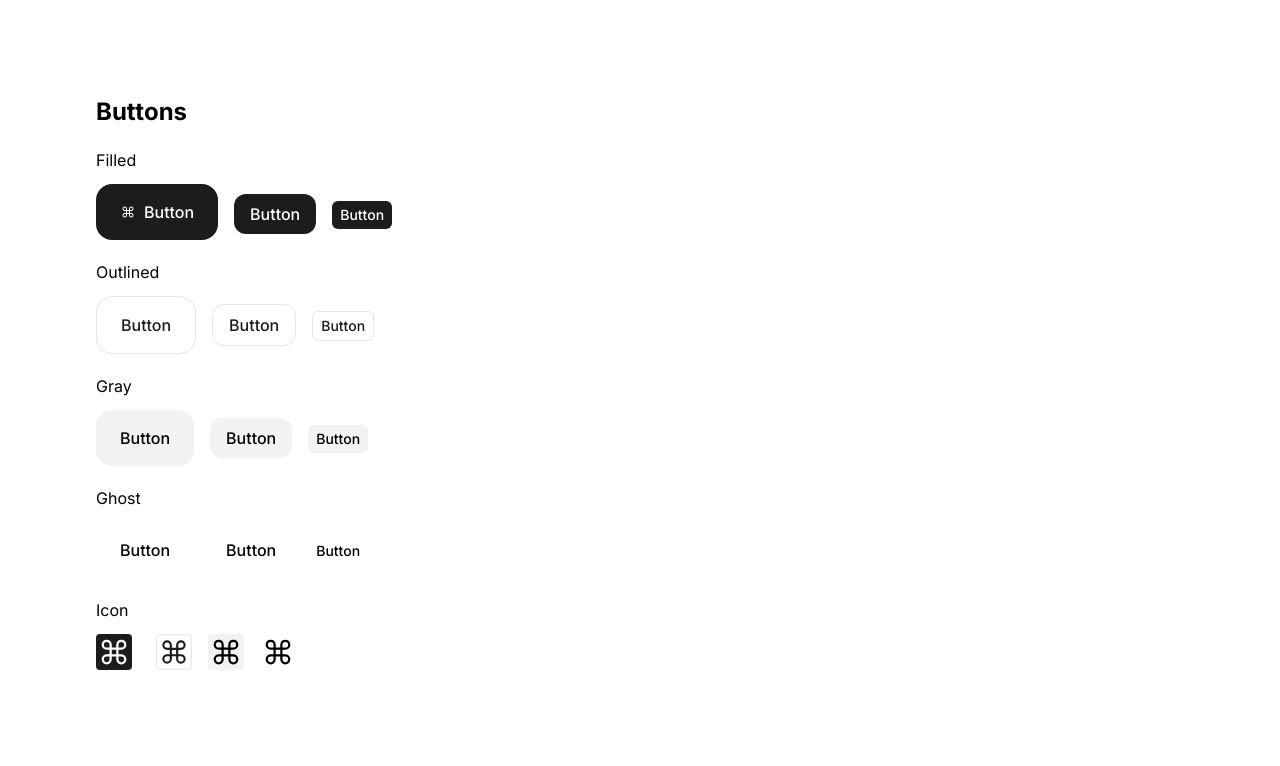
Repository: ggonzaga29/polarized-dashboard
Page: /
These files come from the project's save history. The page is drawn as it stood at one moment and after the next save; the edit follows.
The browser window is 1280 px wide. The pictures show the whole page.
The project was rebuilt for these pictures with package versions that can differ from the ones it lists, and the page was loaded fresh each time. The framework's server and built-in components were replaced by stand-ins that run in the browser. Also part of the build but not shown: next.config.js.

Above is the page before, as saved 2023-08-04 00:54:19.

After the next save:
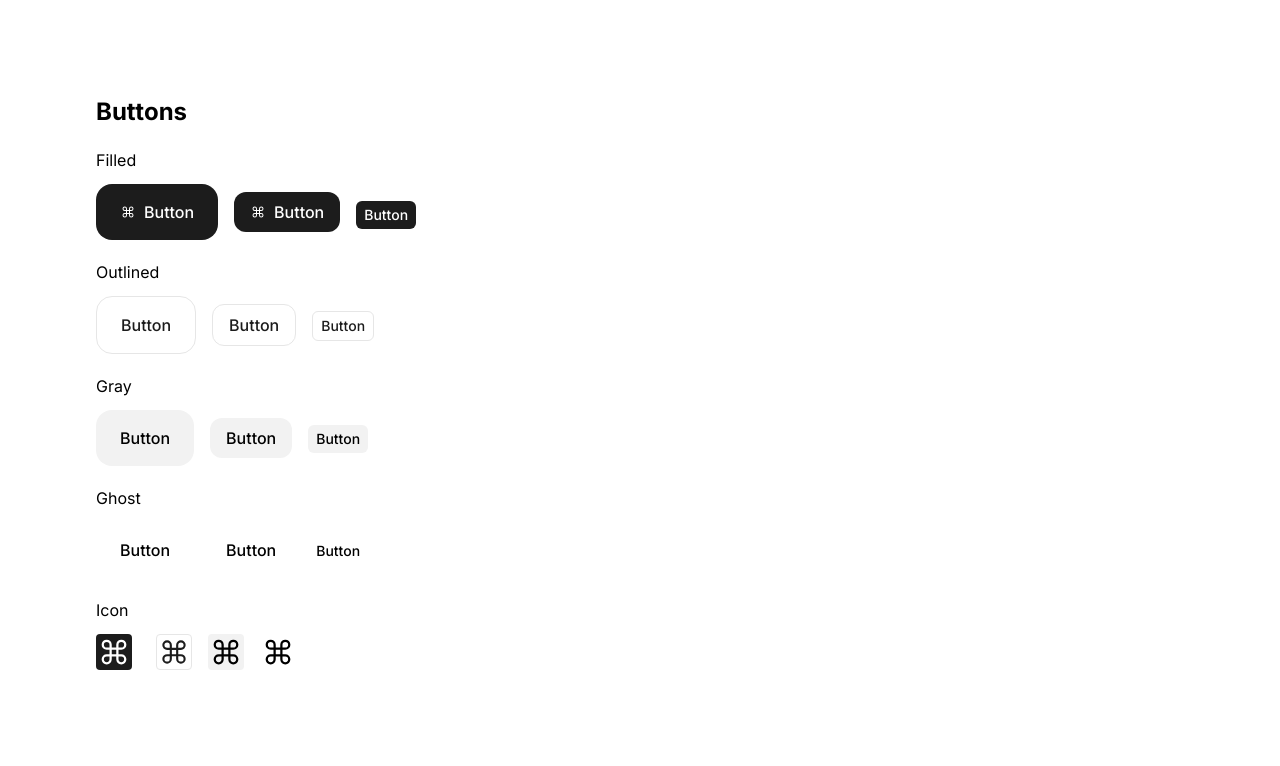
Saved 10 s later.
--- a/src/app/page.jsx
+++ b/src/app/page.jsx
@@ -11,10 +11,11 @@ export default function Home() {
         <h2>Filled</h2>
         <div className="space-x-4 mt-3">
           <Button variant="filled" size="lg">
-						<Command className="h-4 w-4"></Command>
+            <Command className="h-4 w-4"></Command>
             Button
           </Button>
           <Button variant="filled" size="md">
+            <Command className="h-4 w-4"></Command>
             Button
           </Button>
           <Button variant="filled" size="sm">
